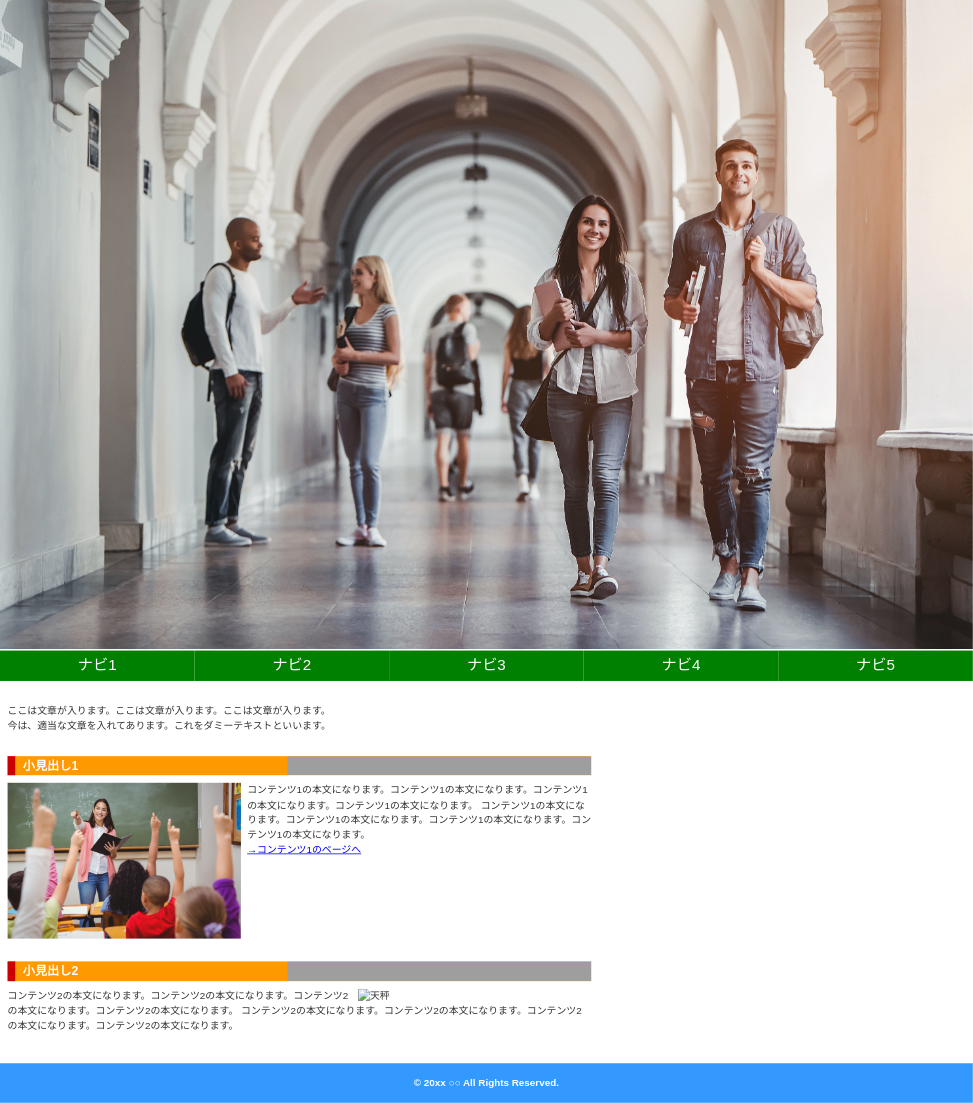
Repository: drumskoji/samurai_HTML-CSS
Page: home.html
The author's editor kept a record of every edit. The page is drawn from the files as they stood at one moment, then again after the next edit.
The browser window is 1280 px wide. The pictures show the whole page, at 76% of full size.
Pictures or frames that could not be fetched are drawn as grey boxes.

Above is the page before.
Not found: images/scale.jpg

### home.html
<!DOCTYPE html>
<html lang="ja">
    <head>
        <meta charset="utf-8">
        <title>HTML/CSSの学習</title>
        <link rel="stylesheet" href="stylesheet.css">
    </head>
    <body>
        <div id="header">
            <h1><a href="index.html"><img id="corridor" src="image/corridor.jpg" alt="大学の廊下" /></a></h1>
        </div>
        <div id="wrapper">
            <div id="nav">
                <ul>
                    <li><a href="home.html">ナビ1</a></li>
                    <li><a href="#">ナビ2</a></li>
                    <li><a href="#">ナビ3</a></li>
                    <li><a href="#">ナビ4</a></li>
                    <li><a href="#">ナビ5</a></li>
                </ul>
           </div>
            <div id="container">
                <div id="main">
                    <div class="post">
                        <p>ここは文章が入ります。ここは文章が入ります。ここは文章が入ります。<br />今は、適当な文章を入れてあります。これをダミーテキストといいます。</p>
                    </div>
                    <div class="post clearfix">
                        <h2>小見出し1</h2>
                        <img class="left" src="image/classroom.jpg" alt="授業風景" />
                        <p>
                            コンテンツ1の本文になります。コンテンツ1の本文になります。コンテンツ1の本文になります。コンテンツ1の本文になります。
                            コンテンツ1の本文になります。コンテンツ1の本文になります。コンテンツ1の本文になります。コンテンツ1の本文になります。
                        </p>
                        <p><a href="#">→コンテンツ1のページへ</a></p>
                    </div>
                    <div class="post clearfix">
                        <h2>小見出し2</h2>
                        <img class="right" src="images/scale.jpg" alt="天秤" />
                        <p>
                            コンテンツ2の本文になります。コンテンツ2の本文になります。コンテンツ2の本文になります。コンテンツ2の本文になります。
                            コンテンツ2の本文になります。コンテンツ2の本文になります。コンテンツ2の本文になります。コンテンツ2の本文になります。
                        </p>
                    </div>
                </div>
            </div>
        <div id ="footer">
            <p>&copy; 20xx ○○ All Rights Reserved.</p>
        </div>
    </body>
</html>

### stylesheet.css
@charset "utf-8";

body {
	margin: 0;
	padding: 0;
	font-family: "ヒラギノ角ゴ Pro W3", "Hiragino Kaku Gothic Pro", "メイリオ", Meiryo, Osaka, "ＭＳ Ｐゴシック", "MS PGothic", sans-serif;
	color: #333;
	font-size: 13px;
	line-height: 150%;
}

/* -------------------- wrapper -------------------- */
#wrapper {
	width: 100%;
	margin: auto;
	padding: 0px;
	border: 0px;
	background-color: #FFF;
	top: 10px;
}

/* -------------------- header -------------------- */
#header {
	width: 100%;
}
#header h1 {
	margin: 0;
	padding: 0;
}

#corridor {
	width: 100%;
	height: auto;
}

/* -------------------- footer -------------------- */
#footer {
	clear: both;
	width: 100%;
	padding: 3px 0 3px 0;
	background: #39F;
	color: #FFF;
	font-weight: bold;
	text-align: center;
}

/* -------------------- nav -------------------- */
 #nav {
	 width: 100%;
 }
 #nav ul {
	 margin: 0;
	 padding: 0;
	 list-style-type: none;
 }
 #nav ul li {
	 float: left;
	 width: 20%;
	 text-align: center;
 }
 #nav ul li a {
	 display: block;
	 height: 20px;
	 margin: 0;
	 padding: 10px;
	 color: #FFF;
	 font-size: 20px;
	 text-decoration: none;
	 background-color: green;
 }


 /* -------------------- container -------------------- */
 #container {
	 width: 100%;
	 margin: auto ;
	 padding: auto;
	 padding-top: 20px;
	 clear: both;
 }
 /* -------------------- main -------------------- */
 #main {
	 float: left;
	 width: 60%;
	 padding: 10px 30px 10px 10px;
 }
 #main h2 {
	 margin: 0 0 10px 0;
	 padding: 3px 10px 3px 10px;
	 color: #FFF;
	 font-size: 16px;
	 border-left: solid 10px #C00;
	 background: #F90 url(../images/main_h2.jpg) right top repeat-y;
 }
 #main p {
	 margin: 0;
	 padding: 0;
 }
 #main .post {
	 margin: 0 0 30px 0;
 }

 #main .post img.right {
	 margin: 0 0 0 8px;
 }
 #main .post img.left {
	 margin: 0 8px 0 0;
 }

 .right {
	 float: right;
	 width: 40%;
	 height: auto;
 }
 .left {
	 float: left;
	 width: 40%;
	 height: auto;
 }

 /* -------------------- clearfix -------------------- */
 .clearfix {
	 zoom: 1;
 }
 .clearfix:after{
	 content: "";
	 display: block;
	 clear: both;
 }

After the next edit:
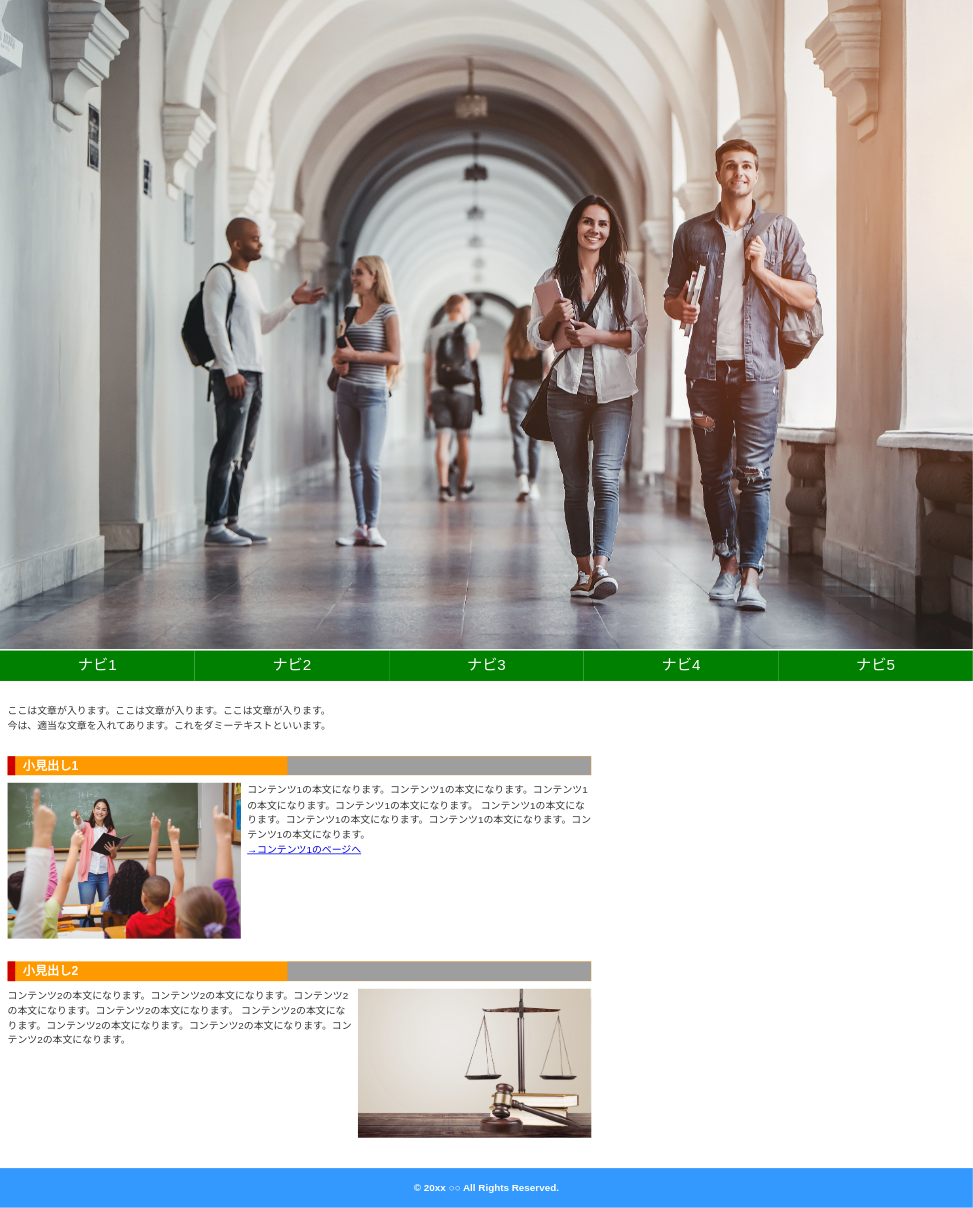
The edit:
--- a/home.html
+++ b/home.html
@@ -35,7 +35,7 @@
                     </div>
                     <div class="post clearfix">
                         <h2>小見出し2</h2>
-                        <img class="right" src="images/scale.jpg" alt="天秤" />
+                        <img class="right" src="image/scale.jpg" alt="天秤" />
                         <p>
                             コンテンツ2の本文になります。コンテンツ2の本文になります。コンテンツ2の本文になります。コンテンツ2の本文になります。
                             コンテンツ2の本文になります。コンテンツ2の本文になります。コンテンツ2の本文になります。コンテンツ2の本文になります。
